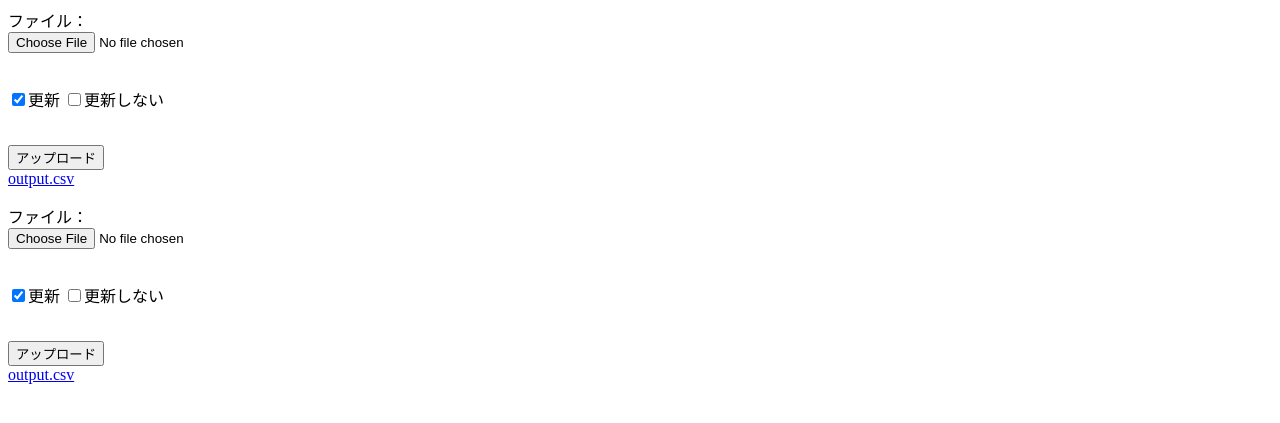
Repository: kaikikazu/StudyAbroad-R
Page: newdes/form.html
An editor plug-in stored every save of this project. The page is shown before and after the next save, followed by the edit.
The browser window is 1280 px wide. The pictures show the whole page.

Above is the page before, as saved 2018-04-13 06:36:04.

After the next save:
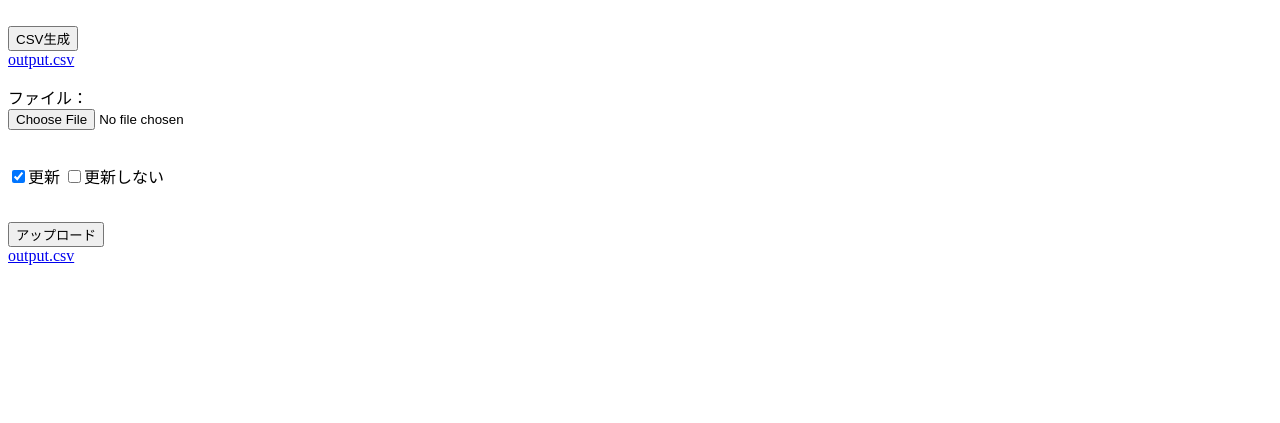
Saved 88 s later.
--- a/newdes/form.html
+++ b/newdes/form.html
@@ -5,15 +5,8 @@
 </head>
 <body>
     <form action="make.php" method="post" enctype="multipart/form-data">
-      ファイル：<br />
-      <input type="file" name="upfile" size="30" /><br />
-      <br />
-      <p>
-        <input type="checkbox" name="riyu" value="1" checked="checked">更新
-        <input type="checkbox" name="riyu" value="2">更新しない
-    </p>
     <br>
-      <input type="submit" value="アップロード" />
+      <input type="submit" value="CSV生成" />
       <br>
       <a href="output.csv">output.csv</a>
       <br>
